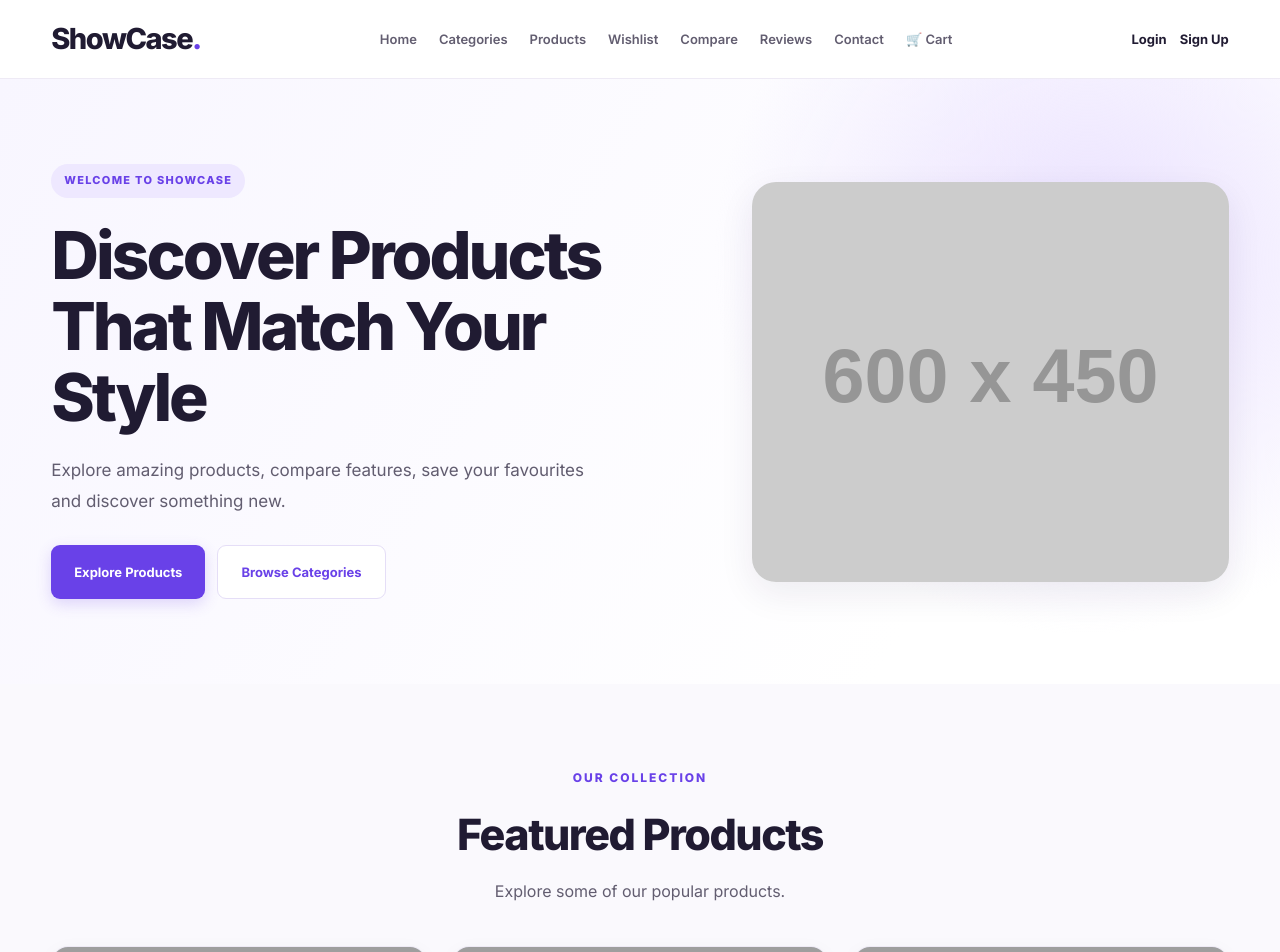
Repository: tbharati876/Product-Showcase-Platform
Page: index.html
These files come from the project's save history. The page is drawn as it stood at one moment and after the next save; the edit follows.
The browser window is 1280 px wide. The pictures show the part of the page from y = 0 to 952 px (the page is 2613 px tall).
Pictures or frames that could not be fetched are drawn as grey boxes.

Above is the page before, as saved 2026-11-06 22:53:02.

After the next save:
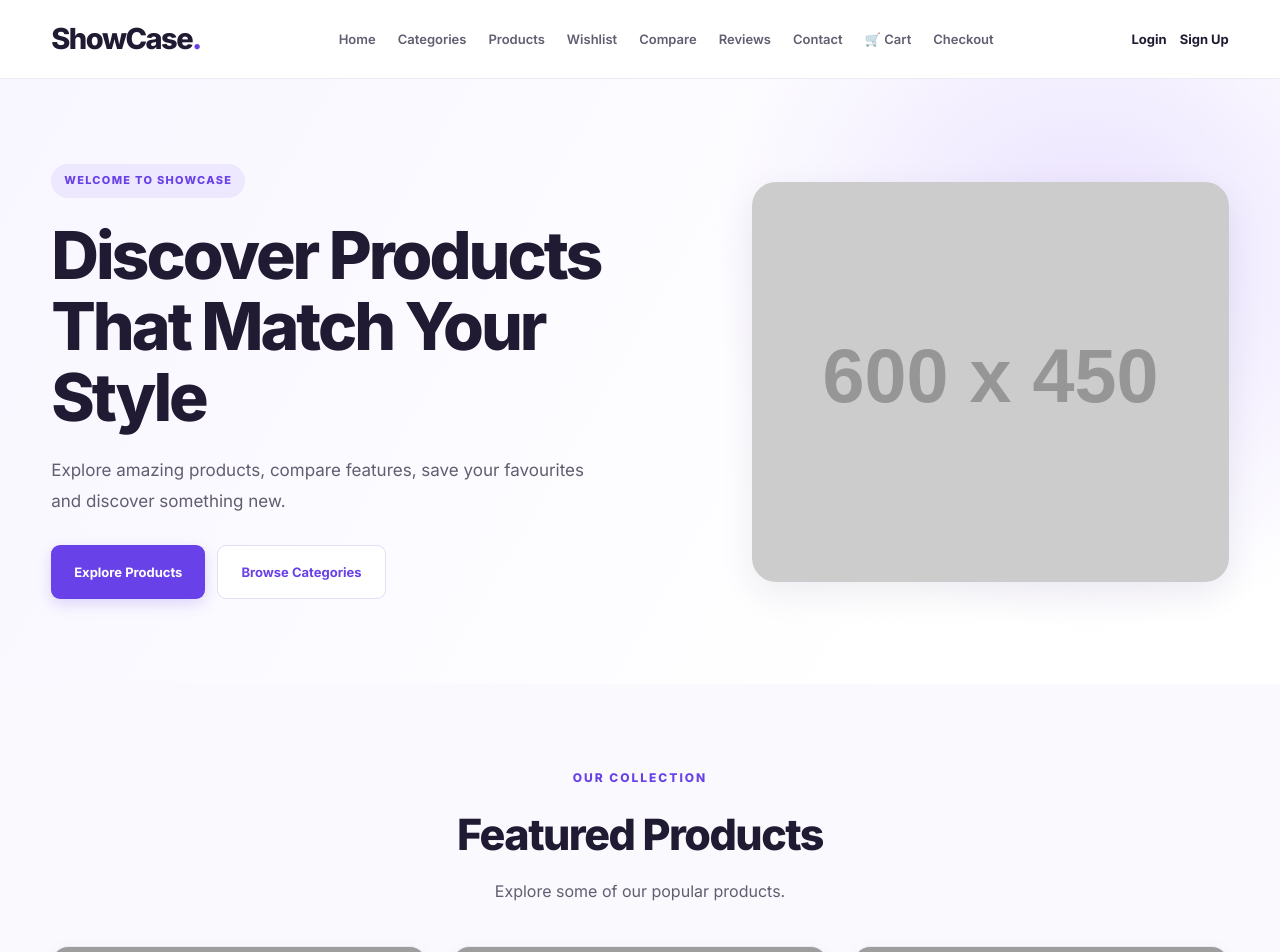
Saved 37 s later.
--- a/index.html
+++ b/index.html
@@ -32,7 +32,11 @@
                 <a href="#cart" data-section="cart">
   🛒 Cart <span class="cart-count">0</span>
 </a>
+<a href="#checkout" data-section="checkout">
+    Checkout
+</a>
             </nav>
+
 
             <div id="authLinks" class="auth-links">
                 <a href="#login" onclick="showAuthForm('login')">Login</a>
